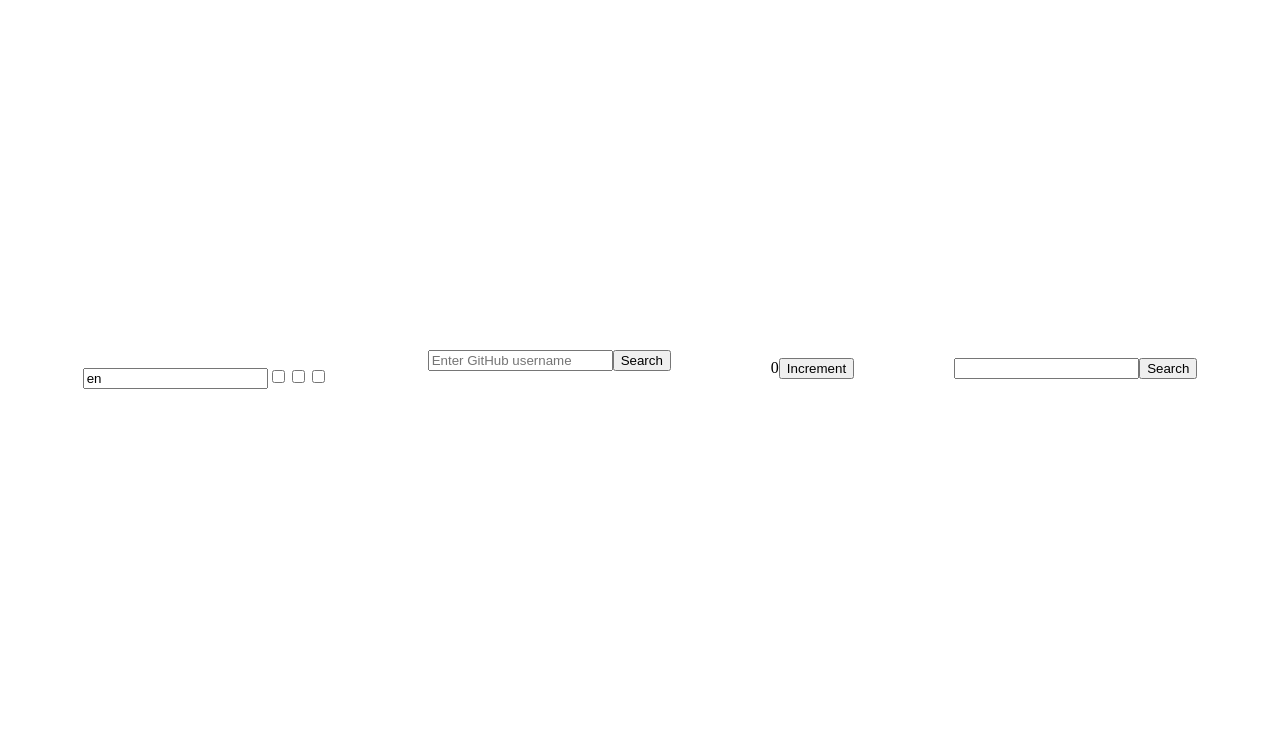
Repository: CryptoFamilyNFT/develhope
Page: / (app in vite/v1/)
An editor plug-in stored every save of this project. The page is shown before and after the next save, followed by the edit.
The browser window is 1280 px wide. The pictures show the whole page.
The project was rebuilt for these pictures with package versions that can differ from the ones it lists, and the page was loaded fresh each time. Also part of the build but not shown: vite/v1/vite.config.js, vite/v1/src/index.css, vite/v1/src/components/GitHubUser/GitHubUser.jsx.

Above is the page before, as saved 2025-02-27 07:44:01.

### vite/v1/src/index.jsx
import { createRoot } from "react-dom/client";
//import App from "./App";
import './index.css';
import LanguageProvider from "./helper/LanguageProvider";
import App from "./App";

const root = createRoot(document.getElementById("root"));

root.render(
    <LanguageProvider>
        <App/>
    </LanguageProvider>
);

### vite/v1/src/helper/LanguageProvider.jsx
/* eslint-disable react/prop-types */
import React, { useEffect } from "react";
import { ILangContext, LanguageContext } from "./LanguageContext";
import LanguageHelper from "./LanguageHelper";

const LanguageProvider = ({ children }) => {
    const [context, setContext] = React.useState(ILangContext.loaded, ILangContext.reload);

    const saveContext = (context) => {
      setContext(context);
    };

    useEffect(() => {
      const ctx = LanguageHelper.getInitiLang(context)
      saveContext({...ctx, loaded: true, reload: false});
    }, []);

    return <LanguageContext.Provider value={{context, saveContext}}>{children}</LanguageContext.Provider>;
  };

  export default LanguageProvider;

### vite/v1/src/App.jsx
//import { Button } from "./components/Button";
//import { Counter } from "./components/Counter";
//import { Clock, Counter2 } from "./components/Counter2";
//import MouseClicker from "./components/MouseClicker";
//import {Login}  from "./components/Login";
//import Welcome from "./components/Welcome";
//import Welcome from "./components/Welcome";
//import CounterDisplay from "./components/CounterDisplay";
//import TodoList from "./components/TodoList/TodoList";
import React, { useState } from "react";
import { LanguageContext } from "./helper/LanguageContext";
import LanguageHelper from "./helper/LanguageHelper";
import GitHubUsers from "./components/GitHubUser/GitHubUsers";
import useCounter from "./components/hooks/useCounter";
import useGithubUser from "./components/hooks/useGithubUser";

function App() {
  const {context, saveContext} = React.useContext(LanguageContext);
  const [langSelected, selectLang] = React.useState(null)
  const {count, increment } = useCounter(0);
  const [username, setUsername] = useState('');
  // const [_user, _setUser] = useState({
  //   user: null,
  //   loading: false,
  //   error: null
  // });

  function switchText(lang) {
    selectLang(lang);
    const switchedText = LanguageHelper.switchText(lang);
    saveContext({...context, lang, textTranslated: switchedText});
    console.log(switchedText)
    return switchedText
  }

  const { user, loading, error, fetchUser } = useGithubUser();

  function UpdateUserGithub(username) {
    setUsername(username);
    fetchUser(username);
  }


  return (
    <div style={{
      width: "100%",
      height: "100vh",
      alignItems: "center",
      display: "flex",
      justifyContent: "center",
      gap: 100
    }}>
      {/*
      <div>
        <Button onClick={() => alert(new Date().toLocaleString())}>Click me!</Button>
      </div>
      <Counter />
      <Counter2 />
      <Clock />
      <MouseClicker />

      <AlertClock onShowTime={() => alert(new Date().toLocaleString())} />
            <InteractiveWelcome/>
      <Login/>
      <UncontrolledLogin/>
            <Chat />
                  <TodoList/>
                  <Color>
                  <Colors colors={[{id: 1, color: 'red'}]}
                      <Welcome/>

      */}
      {/*<TodoList />
    <Welcome name={"Mario"}/>
    <Login/>
    <CounterDisplay>
      3
    </CounterDisplay>
    <Users/>*/}
    <div id="context-lang">
      <h2>{context.textTranslated}</h2>
      <input type="text" value={context?.lang || ''} onChange={(e) => saveContext({...context, lang: e.target.value})} />
      <input type="checkbox" checked={langSelected === 'en'} value={'en'} onChange={(e) => switchText(e.target.value)} title="en" />
      <input type="checkbox" checked={langSelected === 'fr'} value={'fr'} onChange={(e) => switchText(e.target.value)} title="fr" />
      <input type="checkbox" checked={langSelected === 'es'} value={'es'} onChange={(e) => switchText(e.target.value)} title="es" />
    </div>

      {/* GITHUB USERS */}
     <GitHubUsers />

     {/* useCounter */}
     <div>
      {count}
      <button onClick={() => increment()}>Increment</button>
     </div>

     {/* useGitHubUser */}
     <div>
      <form>
        <input type="text" value={username || ''} onChange={(e) => UpdateUserGithub(e.target.value)} />
        <button>Search</button>
      </form>
      {loading && <p>Loading...</p>}
      {error !== null && <p>Error: {user.error}</p>}
      {user && (
        <div>
          <p>{user.login}</p>
          {user.avatar_url && <img src={user.avatar_url} width={'100px'} height={'auto'}/>}
        </div>
      )}
     </div>
    </div>
  );
}

export default App;

### vite/v1/src/helper/LanguageContext.jsx
import React from "react";

export const ILangContext = {
    loaded: false,
    reload: true
}

export const LanguageContext = React.createContext(null);

### vite/v1/src/helper/LanguageHelper.jsx
export default class LanguageHelper {
    static getInitiLang(context) {
        context = {...context, lang: 'en'};
        return context;
    }

    static getLanguage() {
        return 'en';
    }

    static switchText(lang) {
        switch (lang) {
            case 'en':
                return 'Hello World';
            case 'es':
                return 'Hola Mundo';
            case 'fr':
                return 'Bonjour le monde';
            default:
                return 'Hello World';
        }
    }

}

### vite/v1/src/components/GitHubUser/GitHubUsers.jsx
/* eslint-disable no-unused-vars */
import React, { useState } from 'react';
import GitHubUser from './GitHubUser';

const GitHubUsers = () => {
    const [username, setUsername] = useState('');
    const [users, setUsers] = useState([]);

    const handleSubmit = (e) => {
        e.preventDefault();
        if (username) {
            setUsers([...users, username]);
            setUsername('');
        }
    };

    return (
        <div>
            <form onSubmit={handleSubmit}>
                <input
                    type="text"
                    value={username}
                    onChange={(e) => setUsername(e.target.value)}
                    placeholder="Enter GitHub username"
                />
                <button type="submit">Search</button>
            </form>
            <ul>
                {users.map((user, index) => (
                    <GitHubUser key={index} username={user} />
                ))}
            </ul>
        </div>
    );
};

export default GitHubUsers;

### vite/v1/src/components/hooks/useCounter.jsx
import React from "react";

export default function useCounter(initialValue = 0) {
    const [count, setCount] = React.useState(initialValue);

    const increment = () => {
        setCount(count + 1);
    };

    const decrement = () => {
        setCount(count - 1);
    };

    const reset = () => {
        setCount(initialValue);
    };

    return { count, increment, decrement, reset};
}

### vite/v1/src/components/hooks/useGithubUser.jsx
/* eslint-disable react/prop-types */
import { useState } from "react";

export default function useGithubUser() {
    const [user, setUser] = useState(null);
    const [loading, setLoading] = useState(false);
    const [error, setError] = useState(null);

    const fetchUser = async (username) => {
        if (!username) return;

        setLoading(true);
        setError(null);

        try {
            const response = await fetch(`https://api.github.com/users/${username}`);
            if (!response.ok) {
                throw new Error('Error on response');
            }
            const data = await response.json();
            setUser(data);
        } catch (error) {
            setError(error);
        } finally {
            setLoading(false);
        }
    };

    return { user, loading, error, fetchUser };
}

Loaded but not shown: vite/v1/index.html (common file)

After the next save:
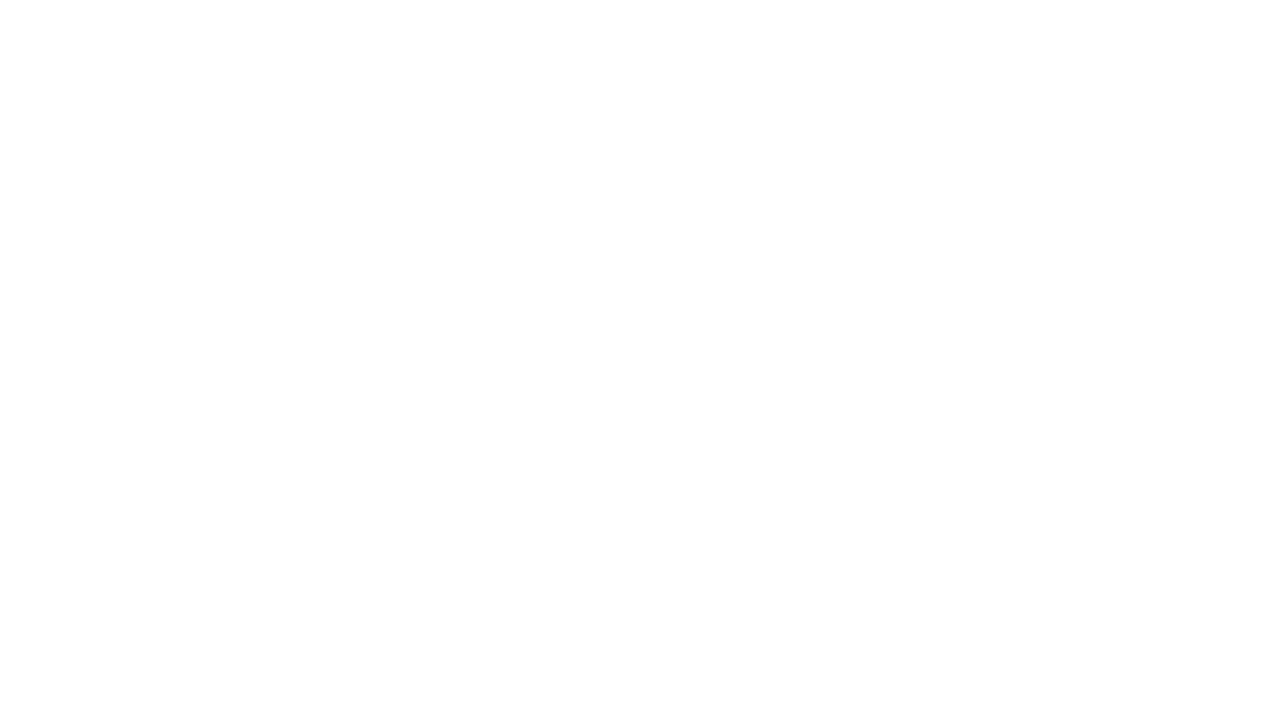
Console error: TypeError: Cannot read properties of null (reading 'id')
Saved 14 s later.
--- a/vite/v1/src/App.jsx
+++ b/vite/v1/src/App.jsx
@@ -102,8 +102,9 @@ function App() {
       </form>
       {loading && <p>Loading...</p>}
       {error !== null && <p>Error: {user.error}</p>}
-      {user && (
+      {user.id && (
         <div>
+          <h1>{user.name}</h1>
           <p>{user.login}</p>
           {user.avatar_url && <img src={user.avatar_url} width={'100px'} height={'auto'}/>}
         </div>

After the 2 saves that followed:
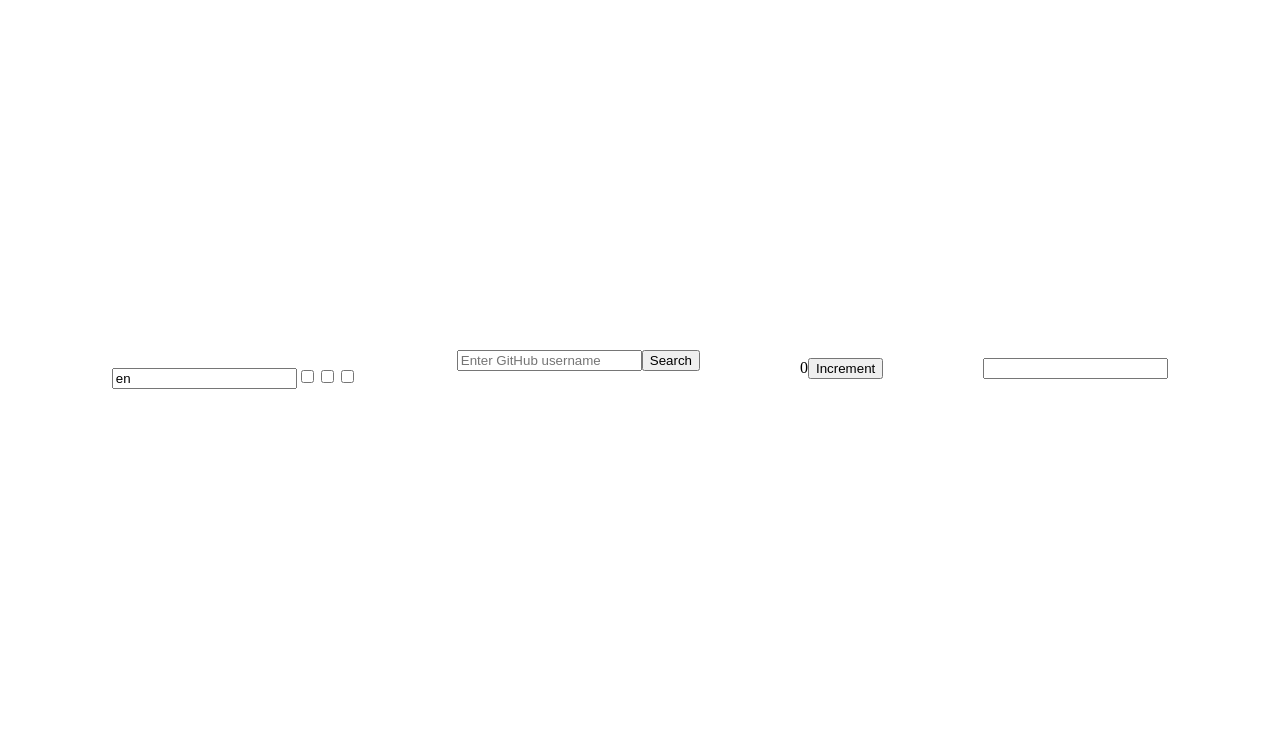
The error is gone.
The 2 saves are shown as one change because 1 left the picture as it was.
The last was saved 15 s later.
--- a/vite/v1/src/App.jsx
+++ b/vite/v1/src/App.jsx
@@ -98,11 +98,10 @@ function App() {
      <div>
       <form>
         <input type="text" value={username || ''} onChange={(e) => UpdateUserGithub(e.target.value)} />
-        <button>Search</button>
       </form>
       {loading && <p>Loading...</p>}
       {error !== null && <p>Error: {user.error}</p>}
-      {user.id && (
+      {user && (
         <div>
           <h1>{user.name}</h1>
           <p>{user.login}</p>
